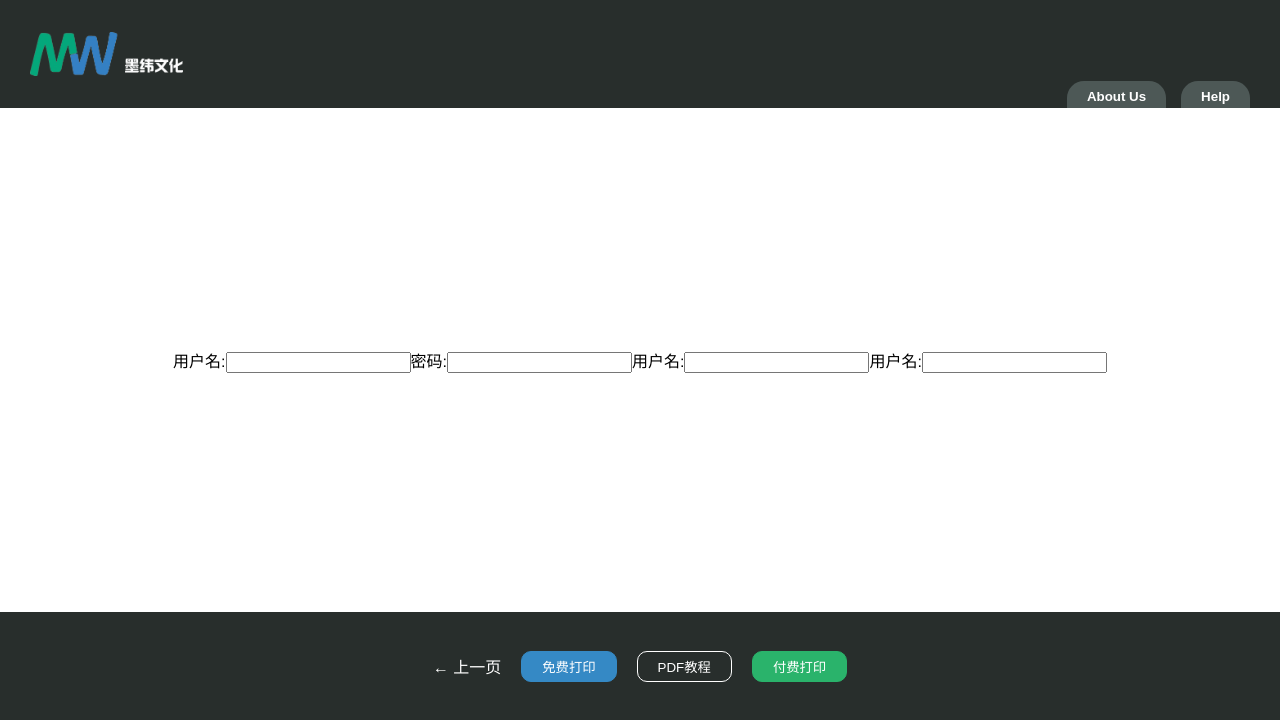
Repository: sucksucksucksuck/mw
Page: /#/register
The author's editor kept a copy of each file at every save. The page is drawn from the files as they stood at one save, then again after the next save.
The browser window is 1280 px wide. The pictures show the whole page.
The project was rebuilt for these pictures with package versions that can differ from the ones it lists, and the page was loaded fresh each time. Also part of the build but not shown: webpack.config.js, src/components/HelloWorld.vue, src/components/Suck.vue.

Above is the page before, as saved 2018-04-13 17:05:35.

After the next save:
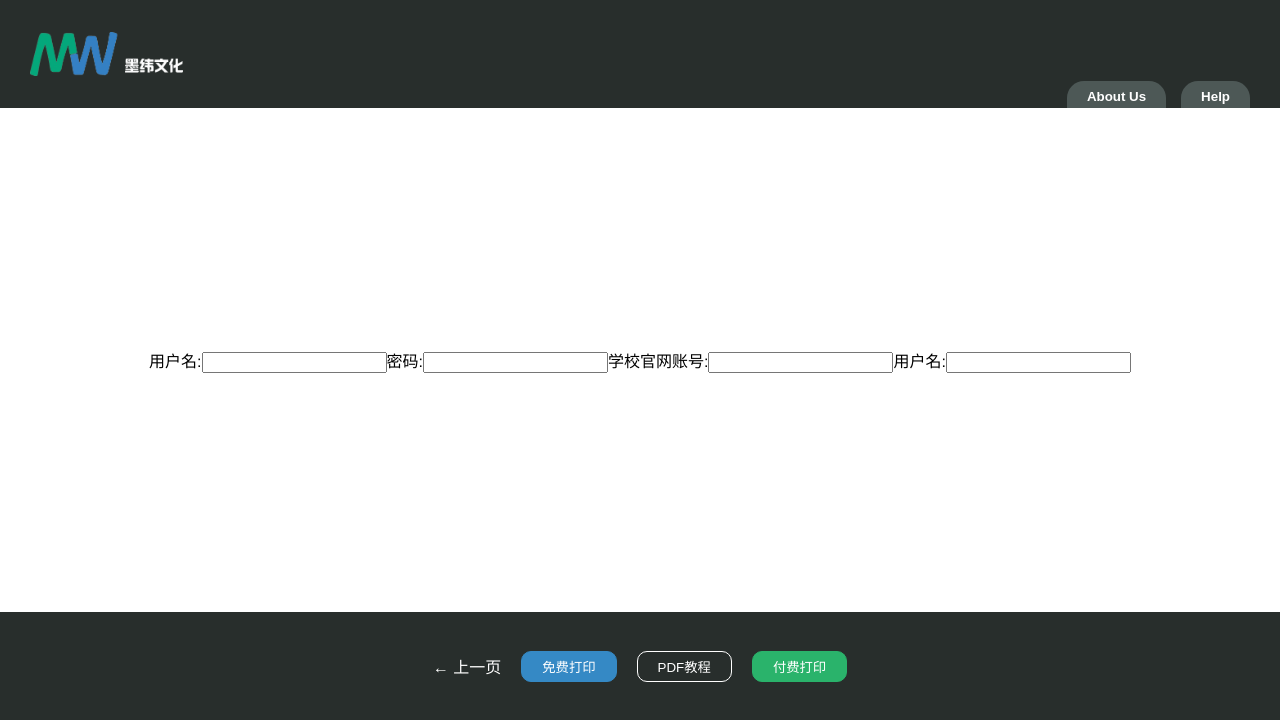
Saved 9 s later.
--- a/src/components/Register.vue
+++ b/src/components/Register.vue
@@ -12,7 +12,7 @@
       <input type="text" name="name">
     </div>
     <div class="item">
-      <span>用户名:</span>
+      <span>学校官网账号:</span>
       <input type="text" name="name">
     </div>
     <div class="item">
